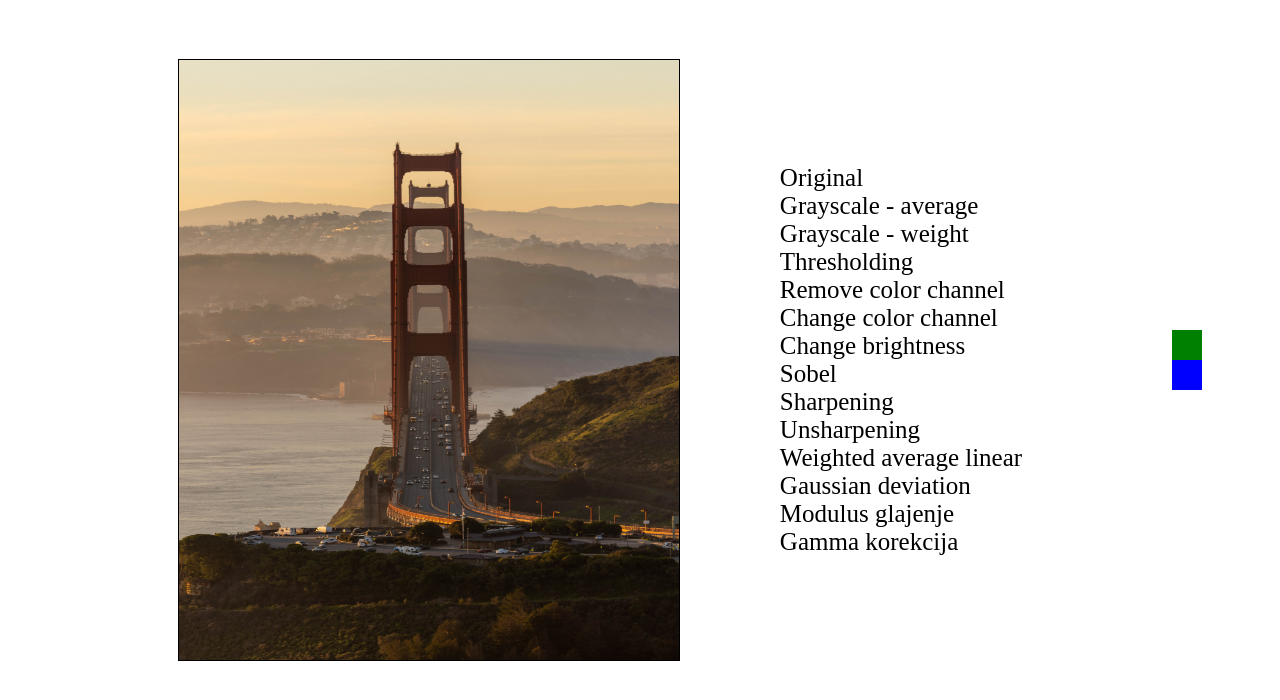
Repository: fussionko/web_photoshop
Page: index.html
An editor plug-in stored every save of this project. The page is shown before and after the next save, followed by the edit.
The browser window is 1280 px wide. The pictures show the whole page.

Above is the page before, as saved 2022-04-27 13:46:32.

After the next save:
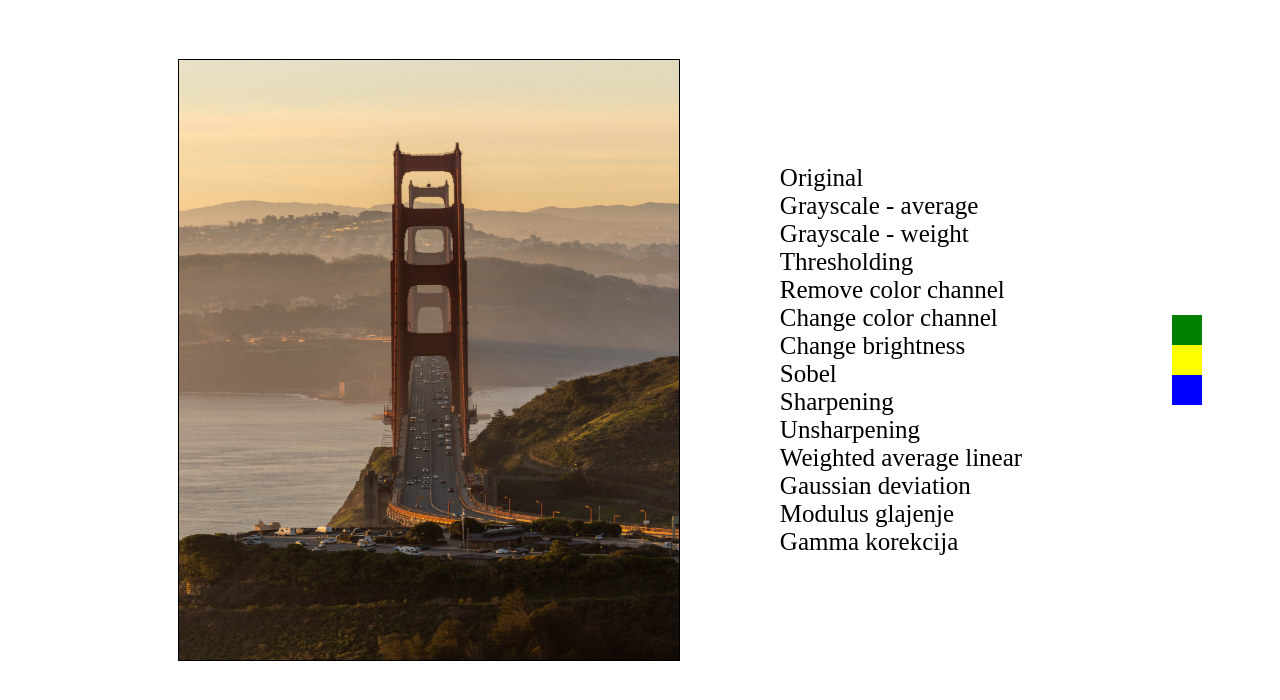
Saved 31 s later.
--- a/index.html
+++ b/index.html
@@ -13,6 +13,6 @@
         <script src="main.js"></script>
         <div id="container-buttons"></div>
         <div id="container-controls"></div>
-        <div id="container-history"><div id="history-back"></div><div id="history-fow"><div id="history-reset"></div></div>
+        <div id="container-history"><div id="history-back"></div><div id="history-fow"></div><div id="history-reset"></div></div>
     </body>
 </html>
